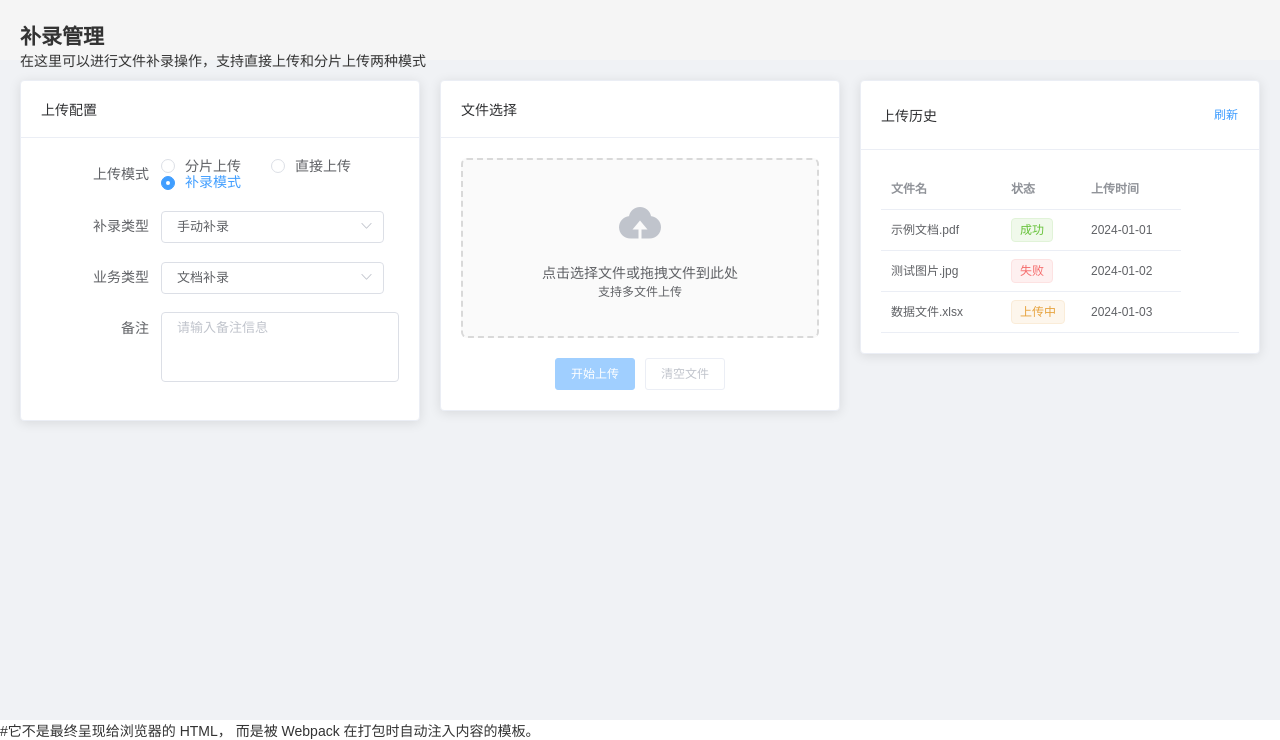
Repository: Savannah20041208/new_web-vue2
Page: /#/supplement
These files come from the project's save history. The page is drawn as it stood at one moment and after the next save; the edit follows.
The browser window is 1280 px wide. The pictures show the whole page.
The page's requests for data from a server got no answer. The project was rebuilt for these pictures with package versions that can differ from the ones it lists, and the page was loaded fresh each time. No one was signed in, and anything a server would have sent is missing. Also part of the build but not shown: vue.config.js, src/components/x-upload/components/x-file.vue, src/components/permission/index.vue, src/components/x-upload/components/folder-drag-upload/index.vue.

Above is the page before, as saved 2025-08-04 18:29:03.

### public/index.html
<!DOCTYPE html>
<html lang="">
  <head>
    <meta charset="utf-8">
    <meta http-equiv="X-UA-Compatible" content="IE=edge">
    <meta name="viewport" content="width=device-width,initial-scale=1.0">
    <link rel="icon" href="<%= BASE_URL %>favicon.ico">
    <title><%= htmlWebpackPlugin.options.title %></title>
  </head>
  <body>
    <noscript>
      <strong>We're sorry but <%= htmlWebpackPlugin.options.title %> doesn't work properly without JavaScript enabled. Please enable it to continue.</strong>
    </noscript>
    <div id="app"></div>
    <!-- built files will be auto injected -->
  </body>
</html>

#它不是最终呈现给浏览器的 HTML，
而是被 Webpack 在打包时自动注入内容的模板。

### src/App.vue
<template>
  <div id="app" style="height: 100vh">
    <router-view></router-view>

    <x-upload ref="globalUploader" />
  </div>
</template>

<script>
import XUpload from "@/components/x-upload";

export default {
  name: "App",
  components: {
    XUpload
  },
  methods: {
    // 导出单独文件->url，通过标识返回不同的值
    exportFileUrl(identifier, type = 'default') {
      const baseUrl = 'api/fileUploadTask';

      switch (type) {
        case 'check':
          // 分片检查请求
          return `${baseUrl}/${identifier}`;
        case 'upload':
          // 分片上传请求
          return `${baseUrl}/upload`;
        case 'direct':
          // 直接上传（不分片）
          return `${baseUrl}/directUpload`;
        case 'supplement':
          // 补录上传
          return `${baseUrl}/supplementUpload`;
        default:
          return `${baseUrl}/upload`;
      }
    },

    // 获取全局上传器实例
    getGlobalUploader() {
      return this.$refs.globalUploader;
    }
  },
  mounted() {
    // 将导出方法挂载到全局，方便其他组件调用
    this.$root.exportFileUrl = this.exportFileUrl;
    this.$root.getGlobalUploader = this.getGlobalUploader;
  }
};
</script>

### src/assets/styles/reset.css
html,
body {
  height: 100%;
  /* 文字风格 Sans-serif 各笔画粗细相同，Serif 笔画粗细不同，monospace 等宽体，cursive草书，fantasy梦幻 */
  font-family: 'Microsoft YaHei', sans-serif, 'Helvetica Neue', Helvetica,
    Arial, '黑体', '宋体', Arial;
  -webkit-tap-highlight-color: transparent;
  -webkit-font-smoothing: antialiased;
  -moz-osx-font-smoothing: grayscale;
}
body {
  font-size: 14px;
  color: #333;
}
#app {
  height: 100%;
}
/* 重置各标签的默认样式 */
a,
body,
center,
cite,
code,
dd,
del,
div,
dl,
dt,
em,
fieldset,
figcaption,
figure,
footer,
form,
h1,
h2,
h3,
h4,
h5,
h6,
header,
hr,
html,
img,
input,
label,
legend,
li,
mark,
ol,
p,
section,
span,
textarea,
time,
td,
th,
ul {
  margin: 0;
  border: 0;
  padding: 0;
  font-style: normal;
  box-sizing: border-box;
  /*  自动换行 */
  word-wrap: break-word;
  /*  强制英文单词断行 */
  word-break: break-all;
}

/*  设置标签为块级分类 */
article,
aside,
details,
fieldset,
figcaption,
figure,
footer,
header,
main,
nav,
section {
  display: block;
}

/* 去除input标签的默认样式 */
button,
input,
textarea {
  -webkit-appearance: none;
  font-family: 'Microsoft YaHei', sans-serif, 'Helvetica Neue', Helvetica,
    Arial, '黑体', '宋体', Arial;
  border: 0;
  margin: 0;
  padding: 0;
  font-size: 1em;
  line-height: 1em;
  outline: none;
  background-color: transparent;
}

/*  禁止多文本框手动拖动大小 */
textarea {
  resize: none;
  -webkit-appearance: none;
}

/* 去掉按下的阴影盒子 */
input,
textarea,
a {
  -webkit-tap-highlight-color: transparent;
}

/*  清除a标签下划线 */
a,
a:visited {
  text-decoration: none;
}
a:focus,
a:active,
a:hover {
  outline: none;
}

/*  清除列表前面的点 */
ol,
li,
ul {
  list-style: none;
}

/*  清除IE下图片的边框 */
img {
  border-style: none;
  font-size: 0;
}

/*  解决chrome浏览器默认黄色背景问题 */
input:-webkit-autofill,
textarea:-webkit-autofill,
select:-webkit-autofill {
  -webkit-box-shadow: 0 0 0 1000px #fff inset;
}

/*  设置默认滚动条样式 */
::-webkit-input-placeholder {
  color: #afbdcc;
}
:-moz-placeholder {
  color: #afbdcc;
}
::-moz-placeholder {
  color: #afbdcc;
}
:-ms-input-placeholder {
  color: #afbdcc;
}
::-webkit-scrollbar {
  width: 6px;
  height: 6px;
}
::-webkit-scrollbar-track {
  background-color: #f5f5f5;
}
::-webkit-scrollbar-track-piece {
  background-color: #f5f5f5;
  border-radius: 6px;
}
::-webkit-scrollbar-thumb {
  background-color: #cccccc;
  border-radius: 6px;
}
::-webkit-scrollbar-corner {
  background-color: #f5f5f5;
}
::-webkit-resizer {
  background-repeat: no-repeat;
  background-position: bottom right;
}

### src/components/supplement/index.vue
<template>
  <div class="supplement-page">
    <el-container style="height: 100%">
      <el-header style="background-color: #f5f5f5; padding: 20px;">
        <h2>补录管理</h2>
        <p>在这里可以进行文件补录操作，支持直接上传和分片上传两种模式</p>
      </el-header>

      <el-main>
        <el-row :gutter="20">
          <!-- 左侧：上传配置 -->
          <el-col :span="8">
            <el-card class="config-card">
              <template v-slot:header>
                <div class="card-header">
                  <span>上传配置</span>
                </div>
              </template>

              <el-form :model="uploadConfig" label-width="120px">
                <el-form-item label="上传模式">
                  <el-radio-group v-model="uploadConfig.mode">
                    <el-radio label="chunk">分片上传</el-radio>
                    <el-radio label="direct">直接上传</el-radio>
                    <el-radio label="supplement">补录模式</el-radio>
                  </el-radio-group>
                </el-form-item>

                <el-form-item label="补录类型" v-if="uploadConfig.mode === 'supplement'">
                  <el-select v-model="uploadConfig.supplementType" placeholder="请选择补录类型">
                    <el-option label="手动补录" value="manual"></el-option>
                    <el-option label="系统补录" value="system"></el-option>
                    <el-option label="批量补录" value="batch"></el-option>
                  </el-select>
                </el-form-item>

                <el-form-item label="业务类型">
                  <el-select v-model="uploadConfig.businessType" placeholder="请选择业务类型">
                    <el-option label="文档补录" value="document"></el-option>
                    <el-option label="图片补录" value="image"></el-option>
                    <el-option label="视频补录" value="video"></el-option>
                    <el-option label="其他" value="other"></el-option>
                  </el-select>
                </el-form-item>

                <el-form-item label="分片大小" v-if="uploadConfig.mode === 'chunk'">
                  <el-select v-model="uploadConfig.chunkSize">
                    <el-option label="1MB" :value="1024 * 1024"></el-option>
                    <el-option label="5MB" :value="5 * 1024 * 1024"></el-option>
                    <el-option label="10MB" :value="10 * 1024 * 1024"></el-option>
                  </el-select>
                </el-form-item>

                <el-form-item label="并发数" v-if="uploadConfig.mode === 'chunk'">
                  <el-input-number v-model="uploadConfig.simultaneousUploads" :min="1" :max="10"></el-input-number>
                </el-form-item>

                <el-form-item label="备注">
                  <el-input v-model="uploadConfig.remark" type="textarea" :rows="3" placeholder="请输入备注信息"></el-input>
                </el-form-item>
              </el-form>
            </el-card>
          </el-col>

          <!-- 中间：文件选择区域 -->
          <el-col :span="8">
            <el-card class="upload-card">
              <template v-slot:header>
                <div class="card-header">
                  <span>文件选择</span>
                </div>
              </template>

              <div class="upload-area" @click="selectFiles">
                <div class="upload-dragger">
                  <i class="el-icon-upload"></i>
                  <div class="upload-text">
                    <p>点击选择文件或拖拽文件到此处</p>
                    <p class="upload-tip">支持多文件上传</p>
                  </div>
                </div>
              </div>

              <input
                ref="fileInput"
                type="file"
                multiple
                style="display: none"
                @change="handleFileSelect"
              />

              <!-- 已选文件列表 -->
              <div v-if="selectedFiles.length > 0" class="selected-files">
                <h4>已选文件 ({{ selectedFiles.length }})</h4>
                <ul class="file-list">
                  <li v-for="(file, index) in selectedFiles" :key="index" class="file-item">
                    <span class="file-name">{{ file.name }}</span>
                    <span class="file-size">{{ formatFileSize(file.size) }}</span>
                    <el-button type="text" @click="removeFile(index)">删除</el-button>
                  </li>
                </ul>
              </div>

              <div class="upload-actions">
                <el-button type="primary" @click="startUpload" :disabled="selectedFiles.length === 0">
                  开始上传
                </el-button>
                <el-button @click="clearFiles" :disabled="selectedFiles.length === 0">
                  清空文件
                </el-button>
              </div>
            </el-card>
          </el-col>

          <!-- 右侧：上传历史 -->
          <el-col :span="8">
            <el-card class="history-card">
              <template v-slot:header>
                <div class="card-header">
                  <span>上传历史</span>
                  <el-button type="text" @click="refreshHistory">刷新</el-button>
                </div>
              </template>

              <el-table :data="uploadHistory" style="width: 100%" max-height="400">
                <el-table-column prop="fileName" label="文件名" width="120" show-overflow-tooltip></el-table-column>
                <el-table-column prop="status" label="状态" width="80">
                  <template slot-scope="scope">
                    <el-tag :type="getStatusType(scope.row.status)">{{ scope.row.status }}</el-tag>
                  </template>
                </el-table-column>
                <el-table-column prop="uploadTime" label="上传时间" width="100"></el-table-column>
              </el-table>
            </el-card>
          </el-col>
        </el-row>
      </el-main>
    </el-container>
  </div>
</template>

<script>
export default {
  name: 'SupplementPage',
  data() {
    return {
      uploadConfig: {
        mode: 'supplement',
        supplementType: 'manual',
        businessType: 'document',
        chunkSize: 5 * 1024 * 1024,
        simultaneousUploads: 3,
        remark: ''
      },
      selectedFiles: [],
      uploadHistory: [
        { fileName: '示例文档.pdf', status: '成功', uploadTime: '2024-01-01' },
        { fileName: '测试图片.jpg', status: '失败', uploadTime: '2024-01-02' },
        { fileName: '数据文件.xlsx', status: '上传中', uploadTime: '2024-01-03' }
      ]
    }
  },
  methods: {
    // 选择文件
    selectFiles() {
      this.$refs.fileInput.click();
    },

    // 处理文件选择
    handleFileSelect(event) {
      const files = Array.from(event.target.files);
      this.selectedFiles.push(...files);
      // 清空input，允许重复选择同一文件
      event.target.value = '';
    },

    // 移除文件
    removeFile(index) {
      this.selectedFiles.splice(index, 1);
    },

    // 清空文件
    clearFiles() {
      this.selectedFiles = [];
    },

    // 开始上传
    startUpload() {
      if (this.selectedFiles.length === 0) {
        this.$message.warning('请先选择文件');
        return;
      }

      // 准备上传参数
      const params = {
        supplementType: this.uploadConfig.supplementType,
        businessType: this.uploadConfig.businessType,
        remark: this.uploadConfig.remark,
        uploadTime: new Date().toISOString()
      };

      // 准备上传选项
      const options = {
        uploadMode: this.uploadConfig.mode,
        chunkSize: this.uploadConfig.chunkSize,
        simultaneousUploads: this.uploadConfig.simultaneousUploads
      };

      // 调用全局上传组件
      this.$uploadBus.$emit('openUploader', {
        files: this.selectedFiles,
        params: params,
        options: options
      });

      this.$message.success('已添加到上传队列');

      // 清空已选文件
      this.clearFiles();
    },

    // 格式化文件大小
    formatFileSize(bytes) {
      if (bytes === 0) return '0 B';
      const k = 1024;
      const sizes = ['B', 'KB', 'MB', 'GB'];
      const i = Math.floor(Math.log(bytes) / Math.log(k));
      return parseFloat((bytes / Math.pow(k, i)).toFixed(2)) + ' ' + sizes[i];
    },

    // 获取状态类型
    getStatusType(status) {
      switch (status) {
        case '成功': return 'success';
        case '失败': return 'danger';
        case '上传中': return 'warning';
        default: return 'info';
      }
    },

    // 刷新历史记录
    refreshHistory() {
      this.$message.info('刷新历史记录');
      // 这里可以调用API获取最新的上传历史
    }
  }
}
</script>

<style scoped>
.supplement-page {
  height: 100%;
  background-color: #f0f2f5;
}

.config-card, .upload-card, .history-card {
  height: 100%;
}

.card-header {
  display: flex;
  justify-content: space-between;
  align-items: center;
}

.upload-area {
  margin-bottom: 20px;
}

.upload-dragger {
  background-color: #fafafa;
  border: 2px dashed #d9d9d9;
  border-radius: 6px;
  box-sizing: border-box;
  width: 100%;
  height: 180px;
  text-align: center;
  cursor: pointer;
  position: relative;
  overflow: hidden;
  display: flex;
  flex-direction: column;
  justify-content: center;
  align-items: center;
  transition: border-color 0.3s;
}

.upload-dragger:hover {
  border-color: #409eff;
}

.upload-dragger i {
  font-size: 48px;
  color: #c0c4cc;
  margin-bottom: 16px;
}

.upload-text p {
  margin: 0;
  color: #606266;
}

.upload-tip {
  font-size: 12px;
  color: #909399;
  margin-top: 8px;
}

.selected-files {
  margin-bottom: 20px;
}

.file-list {
  list-style: none;
  padding: 0;
  margin: 0;
  max-height: 150px;
  overflow-y: auto;
}

.file-item {
  display: flex;
  justify-content: space-between;
  align-items: center;
  padding: 8px 0;
  border-bottom: 1px solid #ebeef5;
}

.file-name {
  flex: 1;
  overflow: hidden;
  text-overflow: ellipsis;
  white-space: nowrap;
  margin-right: 10px;
}

.file-size {
  color: #909399;
  font-size: 12px;
  margin-right: 10px;
}

.upload-actions {
  text-align: center;
}
</style>

Loaded but not shown: src/components/x-upload/chunk.js (610 lines, source omitted); src/components/x-upload/file.js (249 lines, source omitted); src/components/x-upload/uploader.js (242 lines, source omitted); src/components/x-upload/js/drag.js (55 lines, source omitted); src/components/x-upload/utils.js (73 lines, source omitted); src/components/permission/ElButtonWithPermission.js (52 lines, source omitted); src/components/x-upload/js/networkspeed.js (45 lines, source omitted); src/router.js (39 lines, source omitted); src/main.js (23 lines, source omitted); src/components/permission/permission.js (21 lines, source omitted); src/api/mock.js (4 lines, source omitted); src/components/x-upload/js/bus.js (3 lines, source omitted); src/components/x-upload/index.vue (730 lines, source omitted)

After the next save:
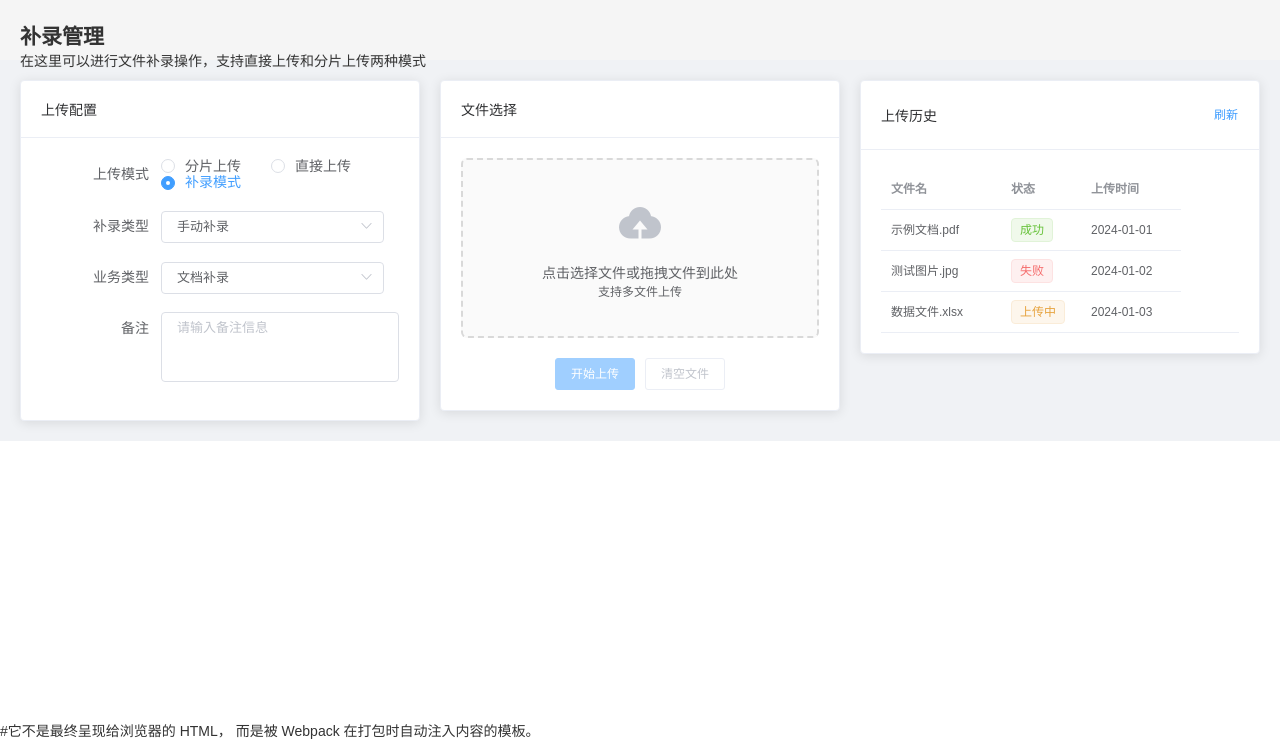
Saved 11 s later.
--- a/src/App.vue
+++ b/src/App.vue
@@ -1,6 +1,9 @@
 <template>
   <div id="app" style="height: 100vh">
-    <router-view></router-view>
+    <navigation />
+    <div class="main-content">
+      <router-view></router-view>
+    </div>
 
     <x-upload ref="globalUploader" />
   </div>
